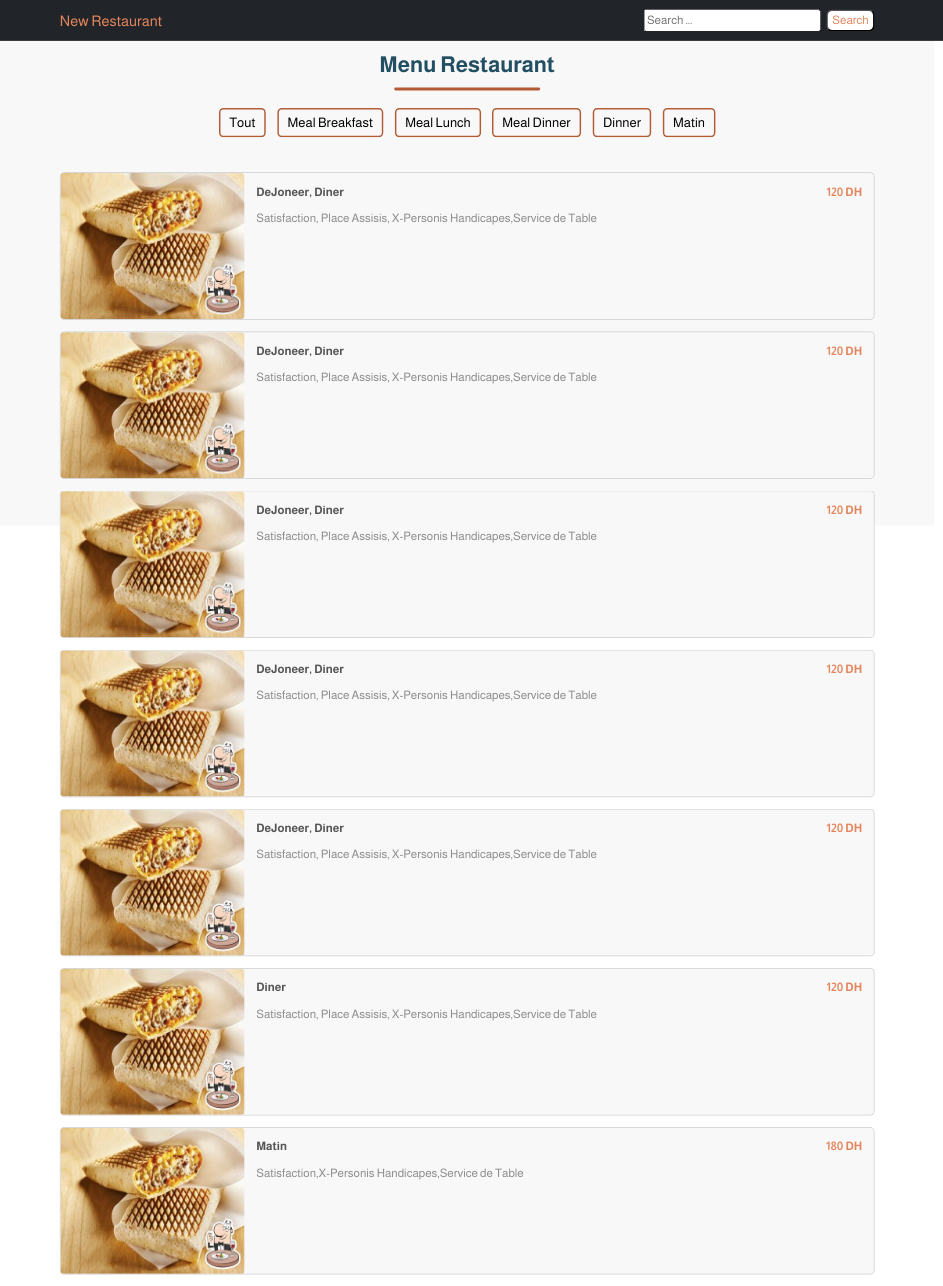
Repository: SD-Mdouka/react-table
Page: /
An editor plug-in stored every save of this project. The page is shown before and after a run of saves, followed by the edit.
The browser window is 1280 px wide. The page is 1292 px wide, so the pictures cover 1292 px, including what lies to the right of the window. The pictures show the whole page, at 73% of full size.
The project was rebuilt for these pictures with package versions that can differ from the ones it lists, and the page was loaded fresh each time.

Above is the page before, as saved 2022-10-13 18:03:21.

After the next 2 saves:
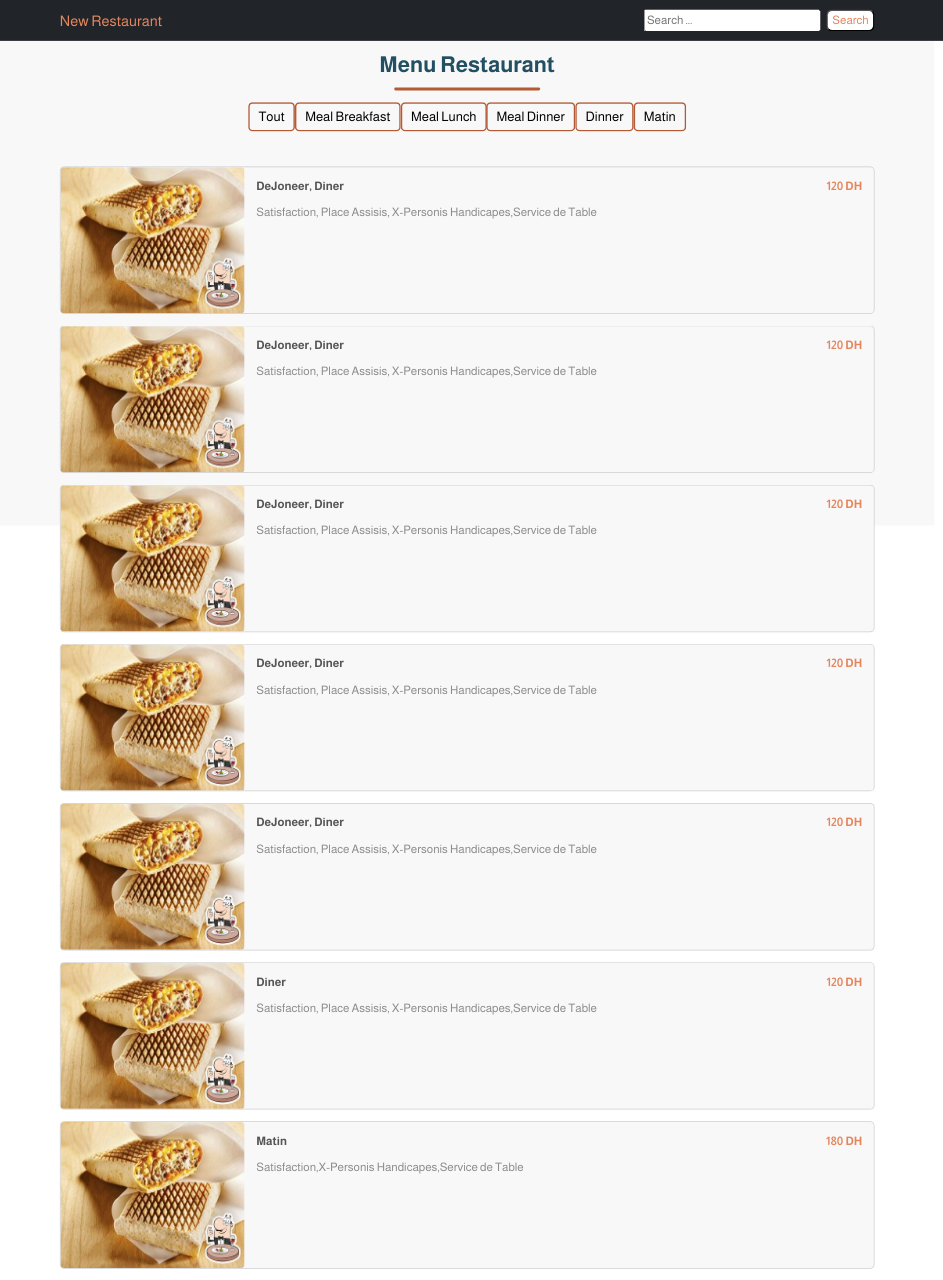
The 2 saves are shown as one change because they came seconds apart.
The last was saved 21 h 48 min later.
--- a/src/react-table-filter/table-menu/components/Category.tsx
+++ b/src/react-table-filter/table-menu/components/Category.tsx
@@ -7,14 +7,14 @@ const Category = ({ filterbyCategory, ListCat }: any) => {
     filterbyCategory(cat);
   };
   return (
-    <Row className="my-2 mb-5">
+    <Row className="mb-5">
       <Col sm="12" className="d-flex justify-content-center">
         <Roll>
           {ListCat.length >= 1 ? (
             ListCat.map((cat: string) => {
               return (
                 <div key={cat}>
-                  <button onClick={() => onFilter(cat)} className="btn mx-2">
+                  <button onClick={() => onFilter(cat)} className="btn">
                     {cat}
                   </button>
                 </div>
